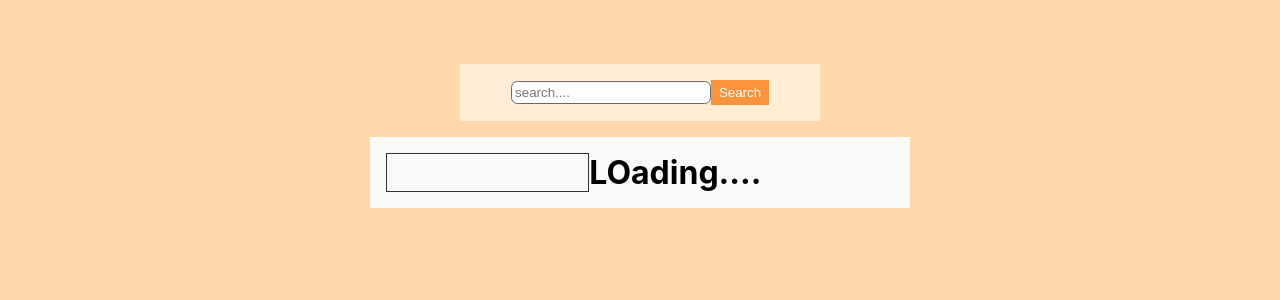
Repository: sandipkarmokar/recipeApp
Page: /
The author's editor kept a copy of each file at every save. The page is drawn from the files as they stood at one save, then again after the next save.
The browser window is 1280 px wide. The pictures show the whole page.
The project was rebuilt for these pictures with package versions that can differ from the ones it lists, and the page was loaded fresh each time.

Above is the page before, as saved 2022-04-16 08:45:01.

After the next save:
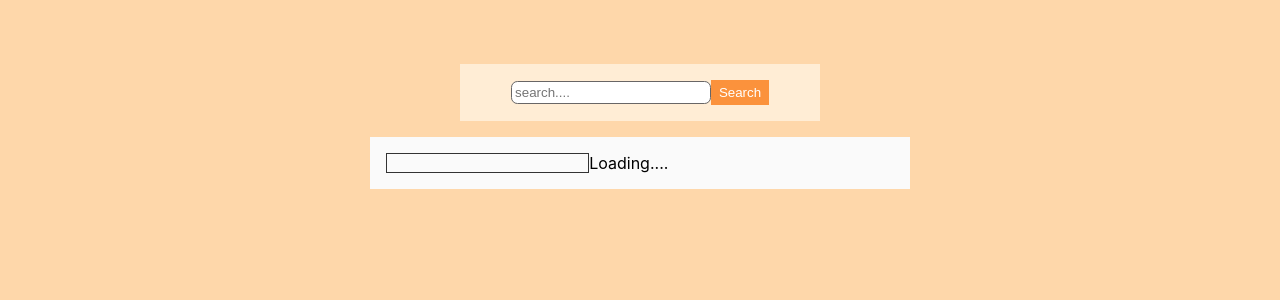
Saved 26 s later.
--- a/src/components/recipeShow.js
+++ b/src/components/recipeShow.js
@@ -2,7 +2,7 @@ import React from 'react';
 
 const RecipeShow = ({ recipe }) => {
     if (!recipe) {
-        return <h1>LOading....</h1>;
+        return <p>Loading....</p>;
     }
     <div className="recipeShow">
         <div className="recipeShow-container">
